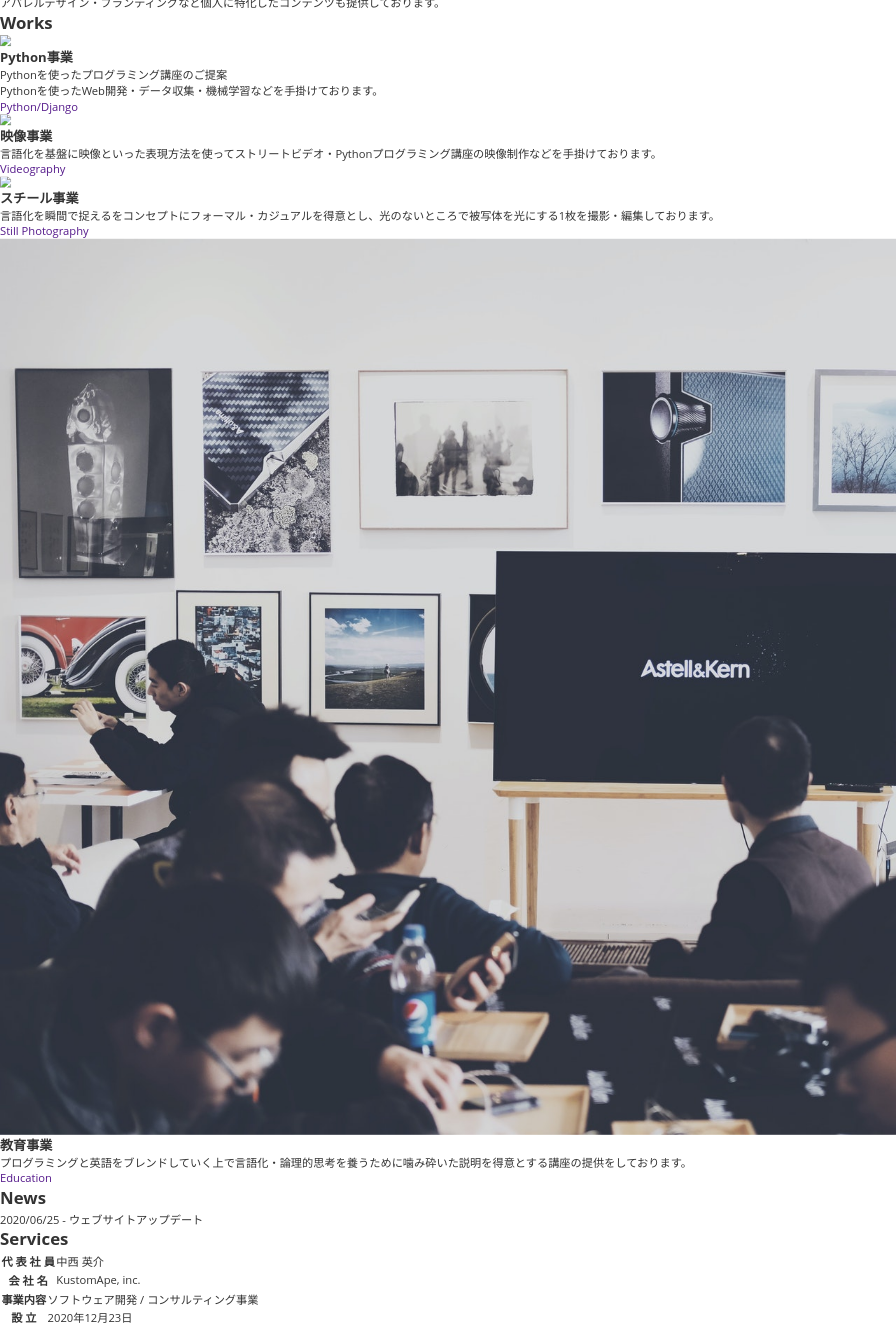
Repository: AirDepot/web
Page: index.html
An editor plug-in stored every save of this project. The page is shown before and after the next save, followed by the edit.
The browser window is 1280 px wide. The pictures show the part of the page from y = 1323 to 3243 px (the page is 3219 px tall before and 3243 px after), at 70% of full size.

Above is the page before, as saved 2021-03-02 08:55:42.
Not found: assets/img/photography.jpg
Not found: assets/img/programming.jpg
Not found: assets/img/videography.jpg

### index.html
<html lang="ja">
<head>
  <meta charset="UTF-8">
  <meta name="viewport" content="width=device-width,initial-scale=1">
  <link rel="icon" type="image/png" sizes="192x192" href="/assets/favicon/favicon.png">
  <link rel="icon" type="image/png" sizes="32x32" href="/assets/favicon/favicon.png">
  <title>KustomApe - 言語化のためのデザイン/開発/映像</title>
  <meta property="og:title" content="KustomApe - 言語化のためのデザイン/開発/映像" />
  <meta property="og:description" content="Pythonを使ったプロダクト開発のKustomApe。車業界、ストリート映像を軸としたプロダクト開発。Web開発、データクローリング、映像・写真、プログラミングの教材開発を行っています。" />
  <meta property="og:url" content="https://kustomape.com/" />
  <meta property="og:image" content="./assets/ogp.png" />
  <link href="./assets/css/common.css" rel="stylesheet">
</head>
<body class="index">
  <div class="layer__wrapper">
    <div class="layer__scroll"><a href="#section1" class="layer__scroll-pagetop"><img class="layer__scroll-pagetop-image animation-opacity d9" src="./assets/module/scroll-dot.png"/> <span class="layer__scroll-pagetop-text animation-opacity d10">SCROLL</span> <img class="layer__scroll-pagetop-image animation-opacity d10" src="./assets/module/scroll-line.png"/></a></div>
  </div>
  <div class="layer__wrapper">
    <div class="layer__credit">
      <div class="layer__credit-rotate">
        <div class="layer__credit-text animation-opacity d8">© KustomApe All Rights Reserved.</div>
      </div>
    </div>
  </div>
  <div class="layer__wrapper">
    <div class="layer__footer">
      <footer class="footer">
        <ul class="footer__nav animation d8">
          <li class="footer__nav-item"><a class="footer__link" href="https://docs.google.com/forms/d/e/1FAIpQLSejsZPWXz8TFLv6fd39wGnHjJIbGni74mX6pPK20YZa8uLMkA/viewform?usp=sf_link">Contact</a></li>
          <li class="footer__nav-item"><a class="footer__link" href="http://twitter.com/NeuAsk435">Twitter</a></li>
        </ul>
      </footer>
    </div>
  </div>
  <div class="layer__background animation-slow d1">
    <div class="wave"><img class="wave__data wave__data--image" src="main_background.svg" /></div>
  </div>
  <header class="header">
    <div class="header__content">
      <div class="header__content-left animation-opacity d1"><a href="/"><img src="./assets/logo.png" class="header__logo" alt="KustomApe"/></a></div>
      <nav class="header__content-center nav"><label class="nav__sp-label animation-opacity d1" for="nav__sp-checkbox"><img src="./assets/icon/menu-sharp.png" class="nav__sp-icon-menu"/></label> <input type="checkbox" id="nav__sp-checkbox" class="nav__sp-checkbox">
        <div class="nav__content" data-js-action="clickCloseSpMenu">
          <div class="nav__content-bg">
            <div class="nav__close-menu"><label class="nav__sp-label" for="nav__sp-checkbox"></label>
                <img src="./assets/icon/close-sharp.png" class="nav__sp-close-button" data-js-action="clickCloseSpMenu" />
            </div>
            <a href="#section2" class="nav__link animation-opacity d7" data-js-action="clickCloseSpMenu">About</a>
            <a href="#section3" class="nav__link animation-opacity d7" data-js-action="clickCloseSpMenu">Works</a>
            <a href="#section4" class="nav__link animation-opacity d7" data-js-action="clickCloseSpMenu">News</a>
            <a href="#section5" class="nav__link animation-opacity d7" data-js-action="clickCloseSpMenu">Contact</a>
        </div>
        </div>
      </nav>
      <div class="header__content-right"></div>
    </div>
  </header>
  <div class="fullpage-scroll">
    <div class="fullpage-scroll__area section1" id="section1">
      <div class="section1__layout">
        <div class="section1__content">
          <div class="section1__catch-copy">
            <p class="section1__text animation d2">Verbalize / Design</p>
            <p class="section1__text animation d4">Development / Videography</p>
          </div>
        </div>
      </div>
    </div>
    <div class="fullpage-scroll__area section2" id="section2">
      <div class="section2__layout">
        <div class="section2__headline">
          <h2 class="section2__title text-effects">About</h2><img class="section2__title-image image-effects" src="./assets/module/section-line.png" /></div>
        <div class="section2__content">
          <p class="section2__text text-effects">KustomApe(カスタムエイプ)は車業界、ストリートを軸としたWeb開発、データ収集、機械学習などメインの事業としている傍ら、イメージを言語化して、プロダクトに反映することを得意としています。プログラミング・英語・映像を軸とした教材開発も行っています。<br />アパレルデザイン・ブランディングなど個人に特化したコンテンツも提供しております。</p>
        </div>
      </div>
    </div>
    <div class="fullpage-scroll__area section3" id="section3">
      <div class="section3__layout">
        <div class="section3__headline">
          <h2 class="section3__title text-effects">Works</h2><img class="section3__title-image image-effects" src="./assets/module/section-line.png" /></div>
        <div class="section3__content">
          <div class="section3__work">
            <div class="section3__work-left"><img class="section3__business-image-brand image-effects-left" src="../assets/img/programming.jpg"></div>
            <div class="section3__work-right">
              <h3 class="section3__work-title section3__work-title-brand text-effects">Python事業</h3>
              <p class="section3__work-text text-effects">Pythonを使ったプログラミング講座のご提案<br />Pythonを使ったWeb開発・データ収集・機械学習などを手掛けております。</p>
              <div class="section3__work-text-box image-effects-opacity"><a class="section3__work-text-link" href="" target="_blank">Python/Django</a></div>
            </div>
          </div>
          <div class="section3__work2">
            <div class="section3__work-right"><img class="section3__business-image-advertise image-effects-right" src="../assets/img/videography.jpg"></div>
            <div class="section3__work2-left">
              <h3 class="section3__work-title section3__work-title-advertise text-effects">映像事業</h3>
              <p class="section3__work-text text-effects">言語化を基盤に映像といった表現方法を使ってストリートビデオ・Pythonプログラミング講座の映像制作などを手掛けております。</p>
              <div class="section3__work-text-box image-effects-opacity"><a class="section3__work-text-link" href="" target="_blank">Videography</a></div>
            </div>
          </div>
          <div class="section3__work">
            <div class="section3__work-left"><img class="section3__business-image-brand image-effects-left" src="../assets/img/photography.jpg"></div>
            <div class="section3__work-right">
              <h3 class="section3__work-title section3__work-title-brand text-effects">スチール事業</h3>
              <p class="section3__work-text text-effects">言語化を瞬間で捉えるをコンセプトにフォーマル・カジュアルを得意とし、光のないところで被写体を光にする1枚を撮影・編集しております。</p>
              <div class="section3__work-text-box image-effects-opacity"><a class="section3__work-text-link" href="" target="_blank">Still Photography</a></div>
            </div>
          </div>
          <div class="section3__work2">
            <div class="section3__work-right"><img class="section3__business-image-advertise image-effects-right" src="../assets/img/education.jpg"></div>
            <div class="section3__work2-left">
              <h3 class="section3__work-title section3__work-title-advertise text-effects">教育事業</h3>
              <p class="section3__work-text text-effects">プログラミングと英語をブレンドしていく上で言語化・論理的思考を養うために噛み砕いた説明を得意とする講座の提供をしております。</p>
              <div class="section3__work-text-box image-effects-opacity"><a class="section3__work-text-link" href="" target="_blank">Education</a></div>
            </div>
          </div>
        </div>
      </div>
    </div>
    <div class="fullpage-scroll__area section4" id="section4">
      <div class="section4__layout">
        <div class="section4__headline">
          <h2 class="section4__title text-effects">News</h2><img class="section4__title-image image-effects" src="./assets/module/section-line.png" /></div>
        <div class="section4__news">2020/06/25 - ウェブサイトアップデート</div>
      </div>
    </div>
    <div class="fullpage-scroll__area section5" id="section5">
      <div class="section5__layout">
        <div class="section5__headline">
          <h2 class="section5__title text-effects">Services</h2><img class="section5__title-image image-effects" src="./assets/module/section-line.png" /></div>
        <div class="section5__tables">
          <table class="section5__table text-effects">
            <tbody class="section5__table-body">
              <tr class="section5__table-row">
                <th class="section5__table-head">代 表 社 員</th>
                <td class="section5__table-description">中西 英介</td>
              </tr>
              <tr class="section5__table-row">
                <th class="section5__table-head">会 社 名</th>
                <td class="section5__table-description">KustomApe, inc.</td>
              </tr>
            </tbody>
          </table>
          <table class="section5__table text-effects">
            <tbody class="section5__table-body">
              <tr class="section5__table-row">
                <th class="section5__table-head">事業内容</th>
                <td class="section5__table-description">ソフトウェア開発 / コンサルティング事業</td>
              </tr>
              <tr class="section5__table-row">
                <th class="section5__table-head">設 立</th>
                <td class="section5__table-description">2020年12月23日</td>
              </tr>
            </tbody>
          </table>
        </div>
      </div>
    </div>
  </div>
  <script src="script.js"></script>
</body>
</html>

### assets/css/common.css
/**********************************************
*** GENERAL
**********************************************/

* {
    margin: 0;
    padding: 0;
    box-sizing: border-box;
}

.clearfix::after {
    content: "";
    display: table;
    clear: both;
}

html {
    overflow: auto;
}

body {
    color: #333;
    font-family: Open Sans, Arial, Helvetica, sans-serif;
    overflow: hidden;
}

ul {
    list-style: none;
}

a {
    text-decoration: none;
}

div#wrap {
    width: 100%;
    margin-top: -3rem;
}

div#home {
    width: 100%;
    height: 1080px;
    background-image: url(../img/wrap_bg.svg);
    background-position: center top;
    background-repeat: no-repeat;
    background-size: cover;
}

header#header {
    width: 100%;
    height: 150px;
    margin-left: 5rem;
}

header#header h1#logo {
    width: 500px;
    margin-top: 3rem;
}

h1#logo img {
    margin-top: 3rem;
    width: 350px;
}

nav#nav {
    margin-top: -4rem;
}

nav#nav ul#navigations {
    display: flex;
    justify-content: center;
    align-items: center;
    list-style: none;
    margin-left: 43rem;
}

nav#nav ul#navigations li {
    padding-right: 3.5rem;
}

nav#nav ul#navigations li a {
    color: #fff;
}

div#header_contents {
    display: inline-flex;
    margin-left: 5rem;
    padding: 15rem 0;
}

div#header_contents h2#concept {
    padding: 4.5rem 1rem;
    letter-spacing: 0.1rem;
    font-weight: 100;
    font-size: 1.5rem;
}

div#header_contents p#ape_icon img {
    width: 200px;
}

h3.section_titles {
    font-size: 2rem;
    font-weight: 500;
    padding-top: 3rem;
    margin-left: 5rem;
    letter-spacing: 0.1rem;
}

div#about {
    width: 100%;
    height: 850px;
}

div#about p#about_kustomape {
    padding-top: 9rem;
    margin-left: 5rem;
    font-size: 1rem;
    letter-spacing: 0.1rem;
    line-height: 5rem;
}

div#products {
    width: 100%;
    height: 850px;
    background: #F5F9FA;
}

section.box_master {
    display: block;
    width: 1200px;
    margin: 0 auto;
    margin-top: 9rem;
}

div#works {
    width: 100%;
    height: 850px;
}

p.box {
    display: inline-block;
    background-image: url(../img/box_bg.svg);
    background-position: center top;
    background-repeat: no-repeat;
    background-size: cover;
    width: 300px;
    height: 150px;
    color: #fff;
    font-weight: 100;
    text-align: center;
    padding: 4rem 0;
    margin: 1rem;
}


div#developers {
    width: 100%;
    height: 850px;
    background: #F5F9FA;
}

p#profile_pic img {
    display: block;
    width: 300px;
    margin: 0 auto;
    margin-top: 9rem;
}

div#profile_desc {
    margin-top: 3rem;
}

p.about_eisuke {
 text-align: center;
 padding-top: 1rem;
 letter-spacing: 0.1rem;
 font-size: 1rem;
}

p.about_eisuke_bold {
 text-align: center;
 padding-top: 1rem;
 letter-spacing: 0.15rem;
 font-size: 1.3rem;
 font-weight: bold;
}

div#contact {
    width: 100%;
    height: 850px;
}

div#contact p#kustomape_contact {
    padding-top: 7rem;
    margin-left: 5rem;
    font-size: 1rem;
    letter-spacing: 0.1rem;
    line-height: 5rem;
}

p.box_bk {
    display: inline-block;
    background: url('../img/contact_bg.svg');
    background-position: center top;
    background-repeat: no-repeat;
    background-size: cover;
    width: 300px;
    height: 150px;
}

p.box_bk a.btn_item {
    display: block;
    color: #fff;
    font-weight: 100;
    text-align: center;
    margin: 1rem;
    padding: 3rem 0;
}


footer#footer {
    width: 100%;
    height: 7rem;
    background: #285E7F;
}

footer#footer small {
    display: block;
    text-align: center;
    color: #fff;
    padding: 3rem 0;
}

After the next save:
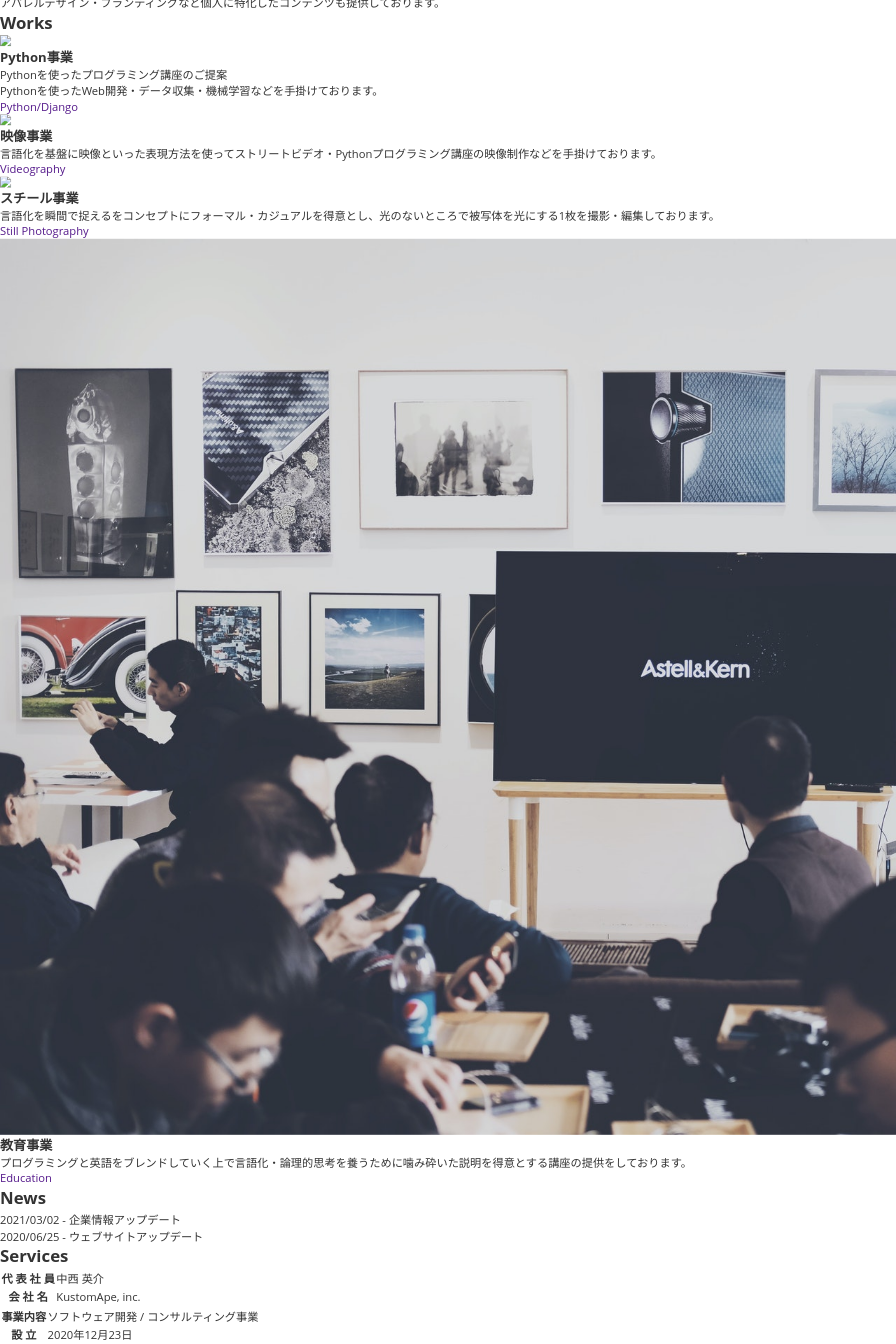
Saved 29 s later.
--- a/index.html
+++ b/index.html
@@ -118,6 +118,7 @@
       <div class="section4__layout">
         <div class="section4__headline">
           <h2 class="section4__title text-effects">News</h2><img class="section4__title-image image-effects" src="./assets/module/section-line.png" /></div>
+        <div class="section4__news">2021/03/02 - 企業情報アップデート</div>
         <div class="section4__news">2020/06/25 - ウェブサイトアップデート</div>
       </div>
     </div>
